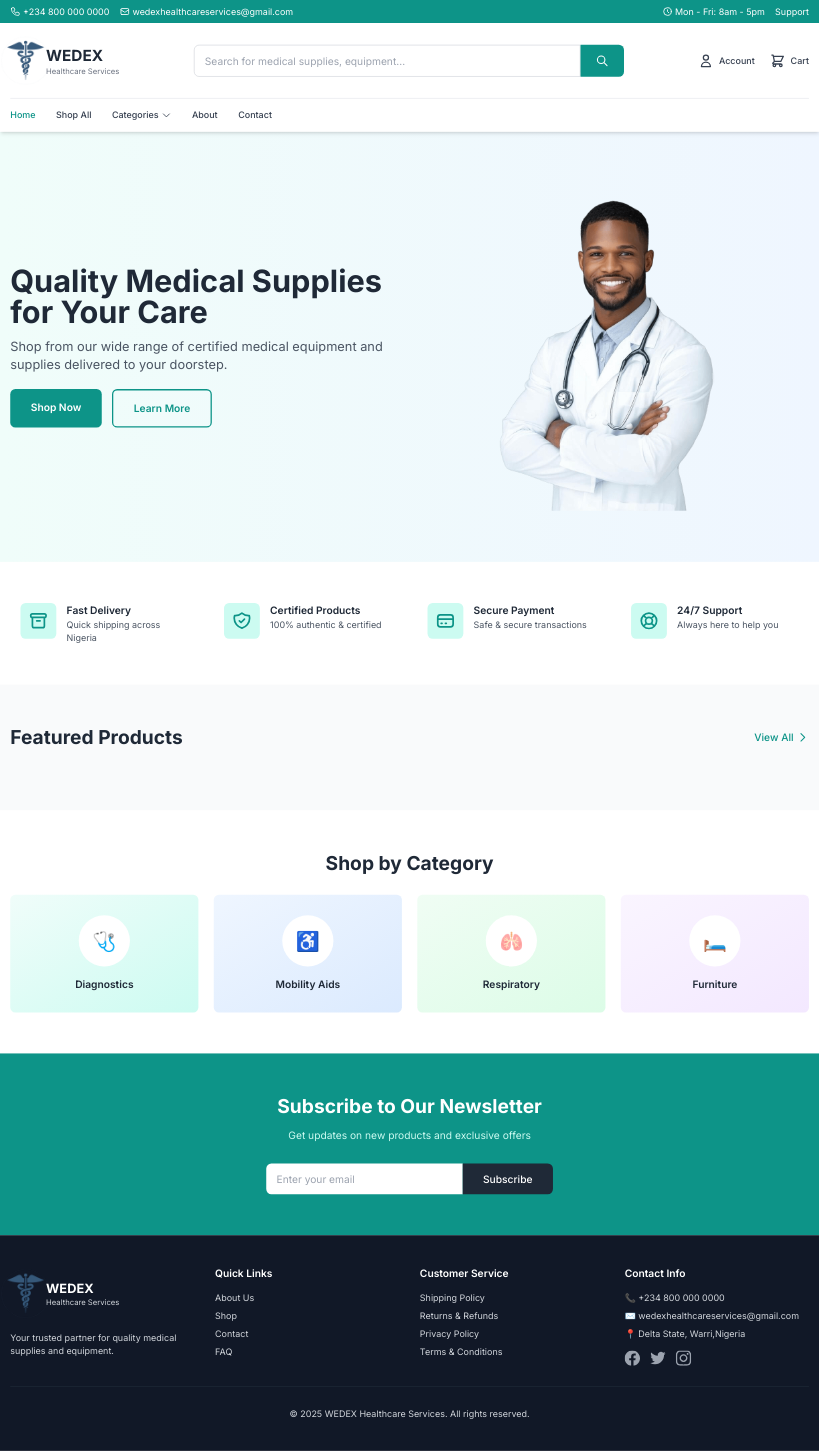
Repository: ICARUSTUDIO/WEDEX
Page: http://localhost/yourproject/
The author's editor kept a copy of each file at every save. The page is drawn from the files as they stood at one save, then again after the next save.
The browser window is 1280 px wide. The pictures show the whole page, at 64% of full size.
Some web libraries are served in a nearby version. The page is run by PHP 8.4 with error messages shown; the project is at /var/www/html/. Queries for data that is not in the repository find no rows.

Above is the page before, as saved 2025-10-03 11:11:18.

After the next save:
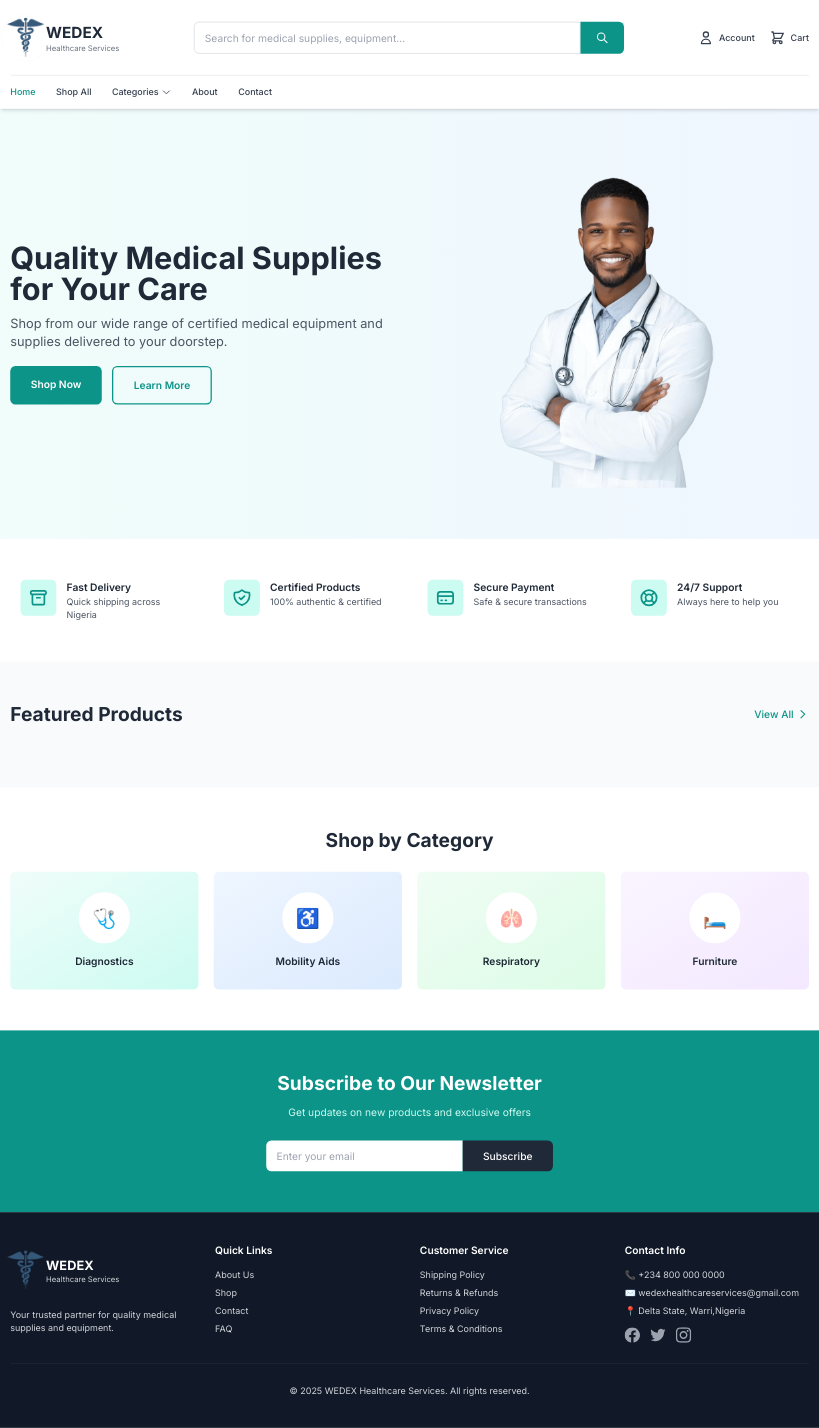
Saved 8 s later.
--- a/index.php
+++ b/index.php
@@ -29,28 +29,7 @@ if (isset($_SESSION['user_id'])) {
 </head>
 <body class="bg-gray-50">
 
-    <!-- Top Bar -->
-    <div class="bg-teal-600 text-white py-2 text-sm">
-        <div class="container mx-auto px-4 flex justify-between items-center">
-            <div class="flex items-center space-x-4">
-                <span class="flex items-center space-x-1">
-                    <svg class="w-4 h-4" fill="none" stroke="currentColor" viewBox="0 0 24 24"><path stroke-linecap="round" stroke-linejoin="round" stroke-width="2" d="M3 5a2 2 0 012-2h3.28a1 1 0 01.948.684l1.498 4.493a1 1 0 01-.502 1.21l-2.257 1.13a11.042 11.042 0 005.516 5.516l1.13-2.257a1 1 0 011.21-.502l4.493 1.498a1 1 0 01.684.949V19a2 2 0 01-2 2h-1C9.716 21 3 14.284 3 6V5z"></path></svg>
-                    <span>+234 800 000 0000</span>
-                </span>
-                <span class="hidden md:flex items-center space-x-1">
-                     <svg class="w-4 h-4" fill="none" stroke="currentColor" viewBox="0 0 24 24"><path stroke-linecap="round" stroke-linejoin="round" stroke-width="2" d="M3 8l7.89 5.26a2 2 0 002.22 0L21 8M5 19h14a2 2 0 002-2V7a2 2 0 00-2-2H5a2 2 0 00-2 2v10a2 2 0 002 2z"></path></svg>
-                    <span>wedexhealthcareservices@gmail.com</span>
-                </span>
-            </div>
-            <div class="flex items-center space-x-4">
-                <span class="hidden md:flex items-center space-x-1">
-                    <svg class="w-4 h-4" fill="none" stroke="currentColor" viewBox="0 0 24 24"><path stroke-linecap="round" stroke-linejoin="round" stroke-width="2" d="M12 8v4l3 3m6-3a9 9 0 11-18 0 9 9 0 0118 0z"></path></svg>
-                    <span>Mon - Fri: 8am - 5pm</span>
-                </span>
-                <a href="contact.php" class="hover:text-teal-200">Support</a>
-            </div>
-        </div>
-    </div>
+
 
     <?php require 'Static/header.php'; ?>
 
